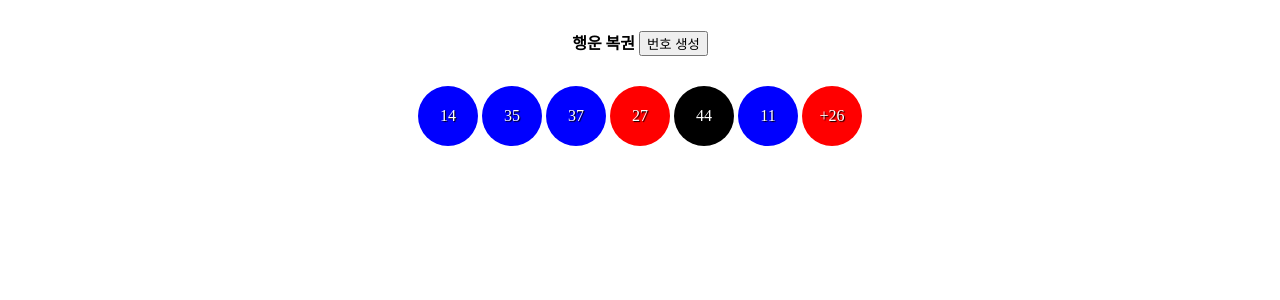
Repository: codelily98/Web
Page: JavaScript/src/main/webapp/practice/practice05.html
The author's editor kept a copy of each file at every save. The page is drawn from the files as they stood at one save, then again after a run of saves.
The browser window is 1280 px wide. The pictures show the whole page.
After loading, the first visible `input` was clicked once.

Above is the page before, as saved 2024-08-21 08:36:10.

### JavaScript/src/main/webapp/practice/practice05.html
<!DOCTYPE html>
<html>
<head>
<meta charset="UTF-8">
<title>로또</title>
<style type="text/css">
body {
	padding: 0;
	margin: 0 auto;
}

#wrap {
	margin: 0 auto;
	display: block;
	width: 900px;

}

#title {
	display: block;
	padding: 30px;
	text-align: center;
}

#number {
	display: block;
	float: none;
}

#number div {
	text-shadow: 1px 1px 1px black;
	color: white;
	font-weight: blod;
	display: inline-block;
	border-radius: 50%;
	width: 60px;
	height: 60px;
	text-align: center;
	align-content: center;
	line-height: 60px;
	position: relative;
}
</style>
</head>
<body>
	<div id="wrap">
		<div id="title">
			<strong>행운 복권</strong>
			<input type="button" value="번호 생성" onclick="selectNo()"/>
		</div>

		<div id="number" align="center">
			<div id="1"></div>
			<div id="2"></div>
			<div id="3"></div>
			<div id="4"></div>
			<div id="5"></div>
			<div id="6"></div>
			<div id="7"></div>
		</div>
	</div>

<script type="text/javascript">
const randNo = () => {
	return Math.floor(Math.random() * 45 + 1);
}

const selectNo = () => {
	let noArray = [];

	for(let i = 0; i < 7; i++) {
		let newNo;
		do {
			newNo = randNo();
		} while (noArray.includes(newNo));

		noArray[i] = newNo;

		let backgroundColor;
		if(newNo <= 10) {
			backgroundColor = 'yellow';
		} else if (newNo > 10 && newNo <= 20) {
			backgroundColor = 'blue';
		} else if (newNo > 20 && newNo <= 30) {
			backgroundColor = 'red';
		} else if (newNo > 30 && newNo <= 40) {
			backgroundColor = 'blue';
		} else {
			backgroundColor = 'black';
		}

		if (i < 6) {
			document.getElementById(i+1).style.background = backgroundColor;
			document.getElementById(i+1).innerHTML = `${newNo}`;
		} else {
			document.getElementById(i+1).style.background = backgroundColor;
			document.getElementById(i+1).innerHTML = `+${newNo}`;
		}
	}
}

</script>
</body>
</html>

After the next 2 saves:
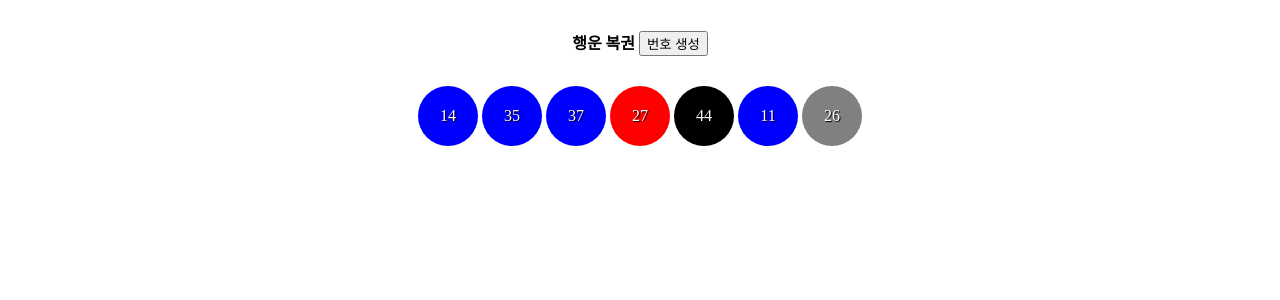
The 2 saves are shown as one change because they came seconds apart.
The last was saved 24 s later.
--- a/JavaScript/src/main/webapp/practice/practice05.html
+++ b/JavaScript/src/main/webapp/practice/practice05.html
@@ -38,7 +38,6 @@ body {
 	text-align: center;
 	align-content: center;
 	line-height: 60px;
-	position: relative;
 }
 </style>
 </head>
@@ -50,13 +49,13 @@ body {
 		</div>
 
 		<div id="number" align="center">
-			<div id="1"></div>
-			<div id="2"></div>
-			<div id="3"></div>
-			<div id="4"></div>
-			<div id="5"></div>
-			<div id="6"></div>
-			<div id="7"></div>
+			<div id="1"> </div>
+			<div id="2"> </div>
+			<div id="3"> </div>
+			<div id="4"> </div>
+			<div id="5"> </div>
+			<div id="6"> </div>
+			<div id="7"> </div>
 		</div>
 	</div>
 
@@ -66,7 +65,7 @@ const randNo = () => {
 }
 
 const selectNo = () => {
-	let noArray = [];
+let noArray = [];
 
 	for(let i = 0; i < 7; i++) {
 		let newNo;
@@ -76,26 +75,22 @@ const selectNo = () => {
 
 		noArray[i] = newNo;
 
-		let backgroundColor;
-		if(newNo <= 10) {
-			backgroundColor = 'yellow';
-		} else if (newNo > 10 && newNo <= 20) {
-			backgroundColor = 'blue';
-		} else if (newNo > 20 && newNo <= 30) {
-			backgroundColor = 'red';
-		} else if (newNo > 30 && newNo <= 40) {
-			backgroundColor = 'blue';
+		if(i < 6) {
+			if(newNo <= 10) {
+				document.getElementById(i+1).style.background = 'yellow';
+			} else if (newNo > 10 && newNo <= 20) {
+				document.getElementById(i+1).style.background = 'blue';
+			} else if (newNo > 20 && newNo <= 30) {
+				document.getElementById(i+1).style.background = 'red';
+			} else if (newNo > 30 && newNo <= 40) {
+				document.getElementById(i+1).style.background = 'blue';
+			} else {
+				document.getElementById(i+1).style.background = 'black';
+			}
 		} else {
-			backgroundColor = 'black';
+			document.getElementById(i+1).style.background = 'gray';
 		}
-
-		if (i < 6) {
-			document.getElementById(i+1).style.background = backgroundColor;
-			document.getElementById(i+1).innerHTML = `${newNo}`;
-		} else {
-			document.getElementById(i+1).style.background = backgroundColor;
-			document.getElementById(i+1).innerHTML = `+${newNo}`;
-		}
+		document.getElementById(i+1).innerHTML = `${newNo}`;
 	}
 }
 
